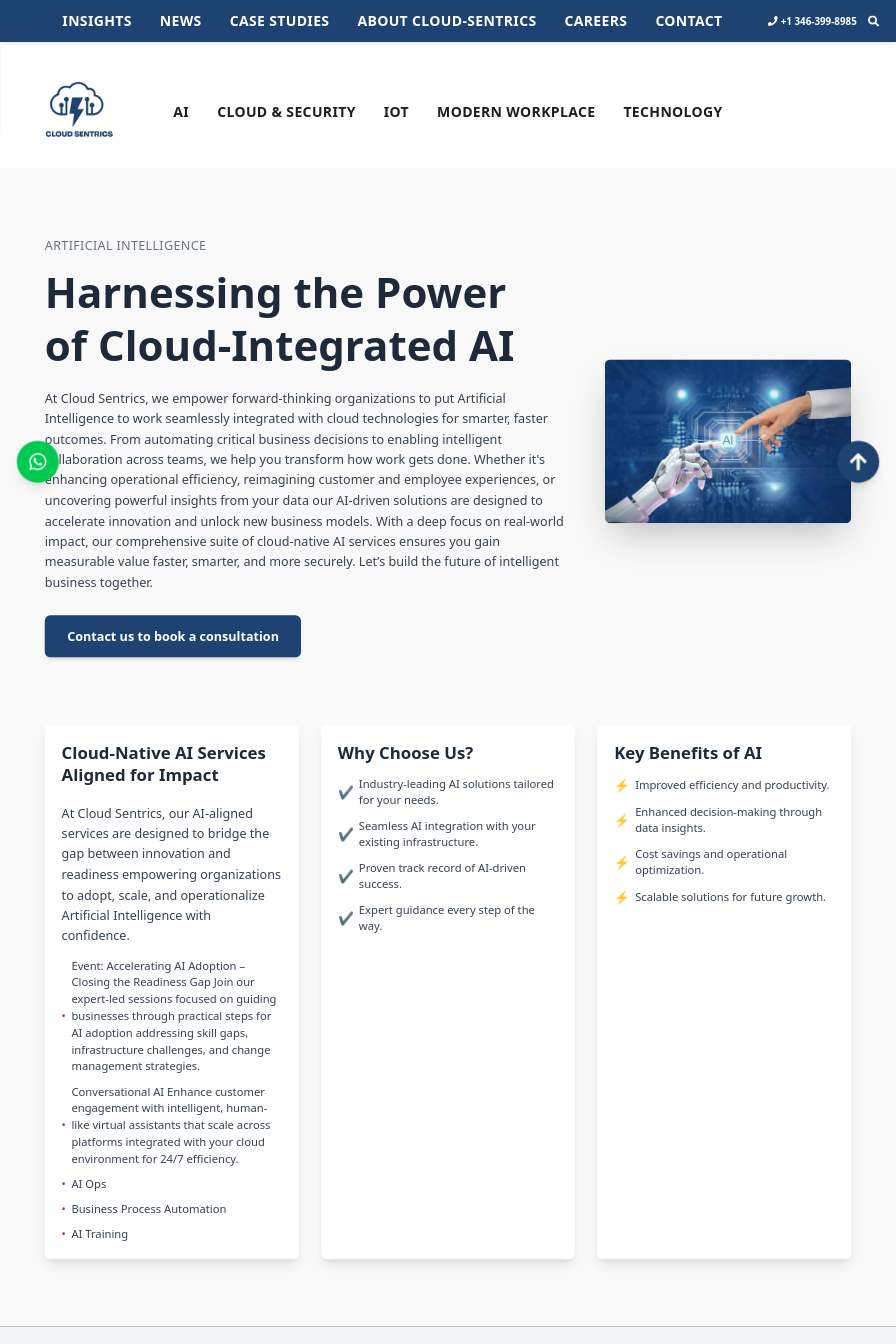
Repository: chykesure/cloudsentrics_
Page: /ai
These files come from the project's save history. The page is drawn as it stood at one moment and after a run of saves; the edit follows.
The browser window is 1280 px wide. The pictures show the part of the page from y = 0 to 1920 px (the page is 4232 px tall before and 4328 px after), at 70% of full size.
The page's requests for data from a server got no answer. The project was rebuilt for these pictures with package versions that can differ from the ones it lists, and the page was loaded fresh each time. No one was signed in, and anything a server would have sent is missing. Also part of the build but not shown: vite.config.js, src/pages/Header.jsx, src/pages/Footer.jsx, src/pages/students/Reviews.jsx, src/pages/students/Testimony.jsx, src/pages/students/TestimonyLanding.jsx, src/pages/LandingPage.jsx, src/pages/students/Header.jsx and 41 more.

Above is the page before, as saved 2025-04-09 20:16:52.

After the next 4 saves:
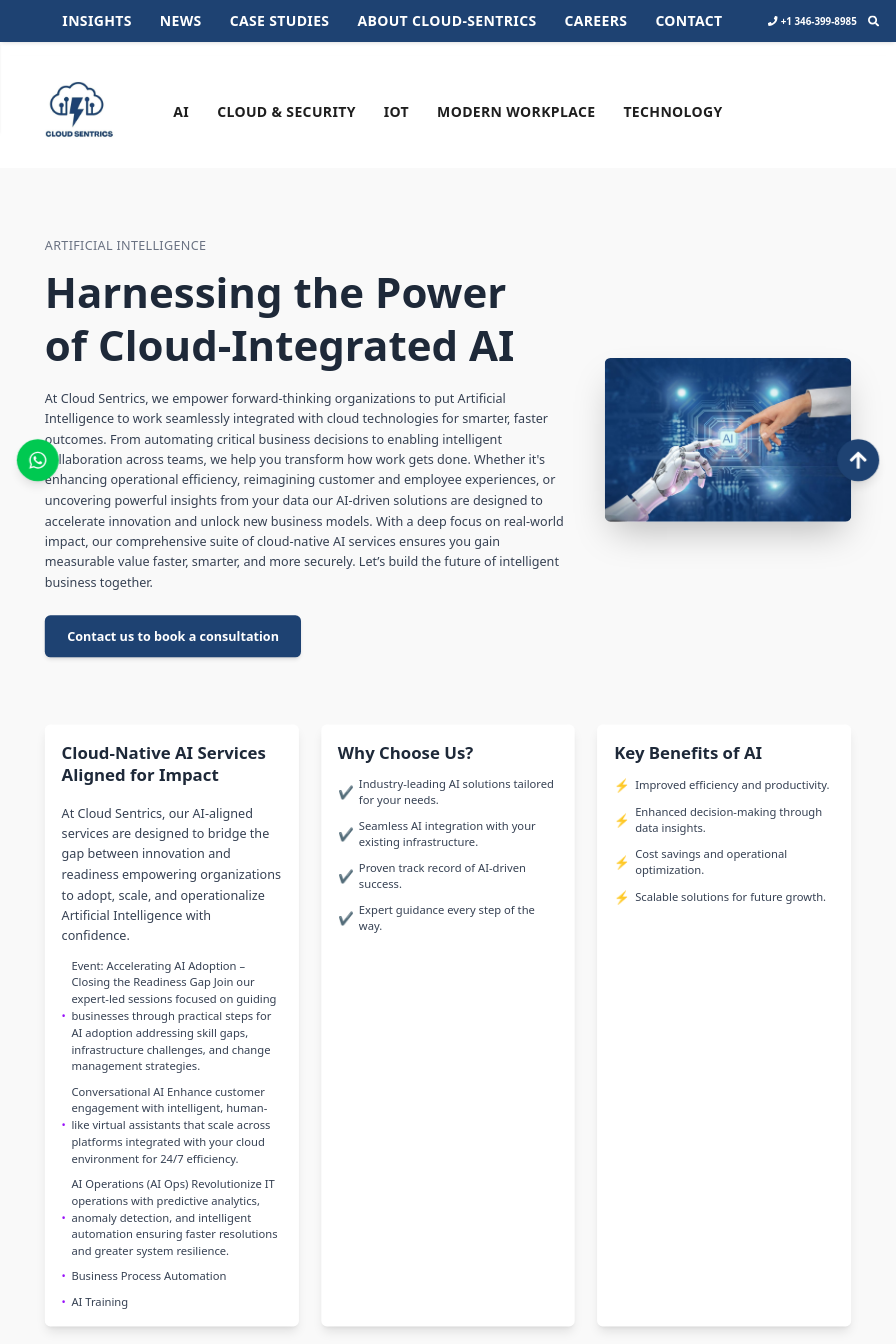
The 4 saves are shown as one change because they came seconds apart.
The last was saved 21 s later.
--- a/src/pages/partners/menu/ai.jsx
+++ b/src/pages/partners/menu/ai.jsx
@@ -120,7 +120,7 @@
                                 {[
                                     "Event: Accelerating AI Adoption – Closing the Readiness Gap Join our expert-led sessions focused on guiding businesses through practical steps for AI adoption addressing skill gaps, infrastructure challenges, and change management strategies.",
                                     "Conversational AI Enhance customer engagement with intelligent, human-like virtual assistants that scale across platforms integrated with your cloud environment for 24/7 efficiency.",
-                                    "AI Ops",
+                                    "AI Operations (AI Ops) Revolutionize IT operations with predictive analytics, anomaly detection, and intelligent automation ensuring faster resolutions and greater system resilience.",
                                     "Business Process Automation",
                                     "AI Training"
                                 ].map((service, index) => (
